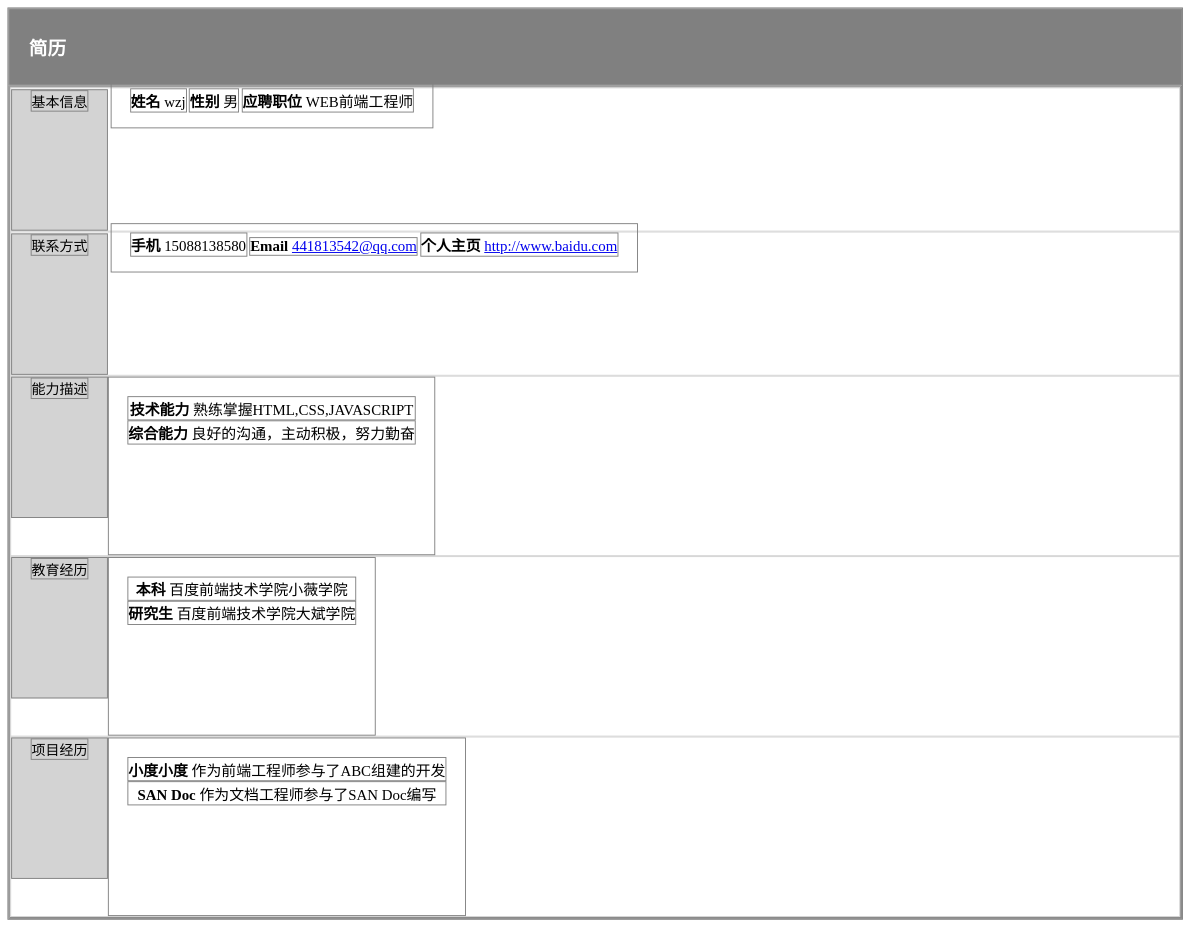
Repository: w441813542/webrecord
Page: day6_day7/jianli.html
An editor plug-in stored every save of this project. The page is shown before and after the next save, followed by the edit.
The browser window is 1280 px wide. The pictures show the whole page, at 93% of full size.

Above is the page before, as saved 2021-03-09 15:11:26.

After the next save:
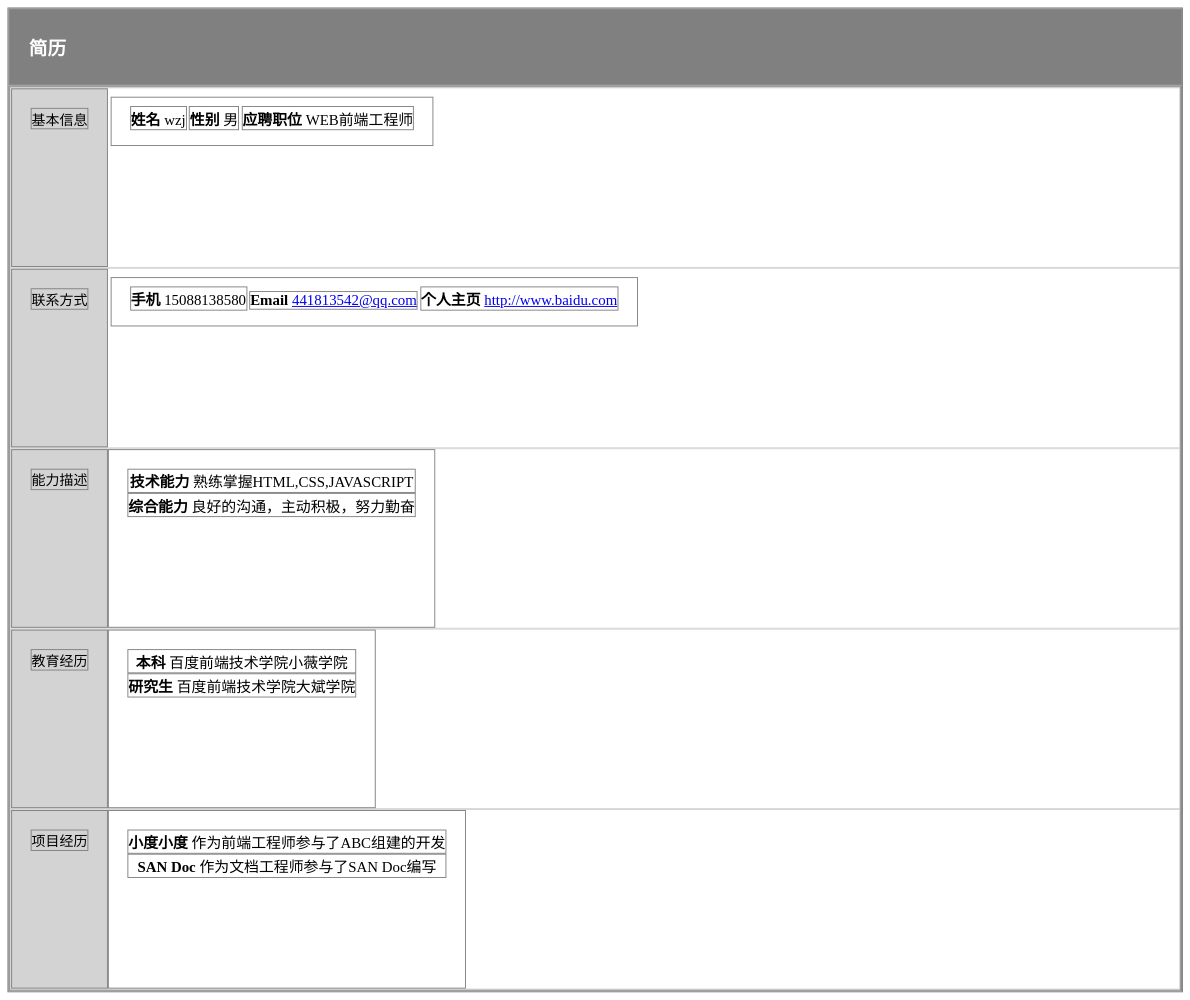
Saved 12 s later.
--- a/day6_day7/style_3.css
+++ b/day6_day7/style_3.css
@@ -37,8 +37,7 @@ html {
   .part_left{
     display: inline-block;
     text-align: center;
-    padding-left: 20px;
-    padding-right: 20px;
+    padding: 20px;
     height: 150px;
     background: lightgray;
   }
